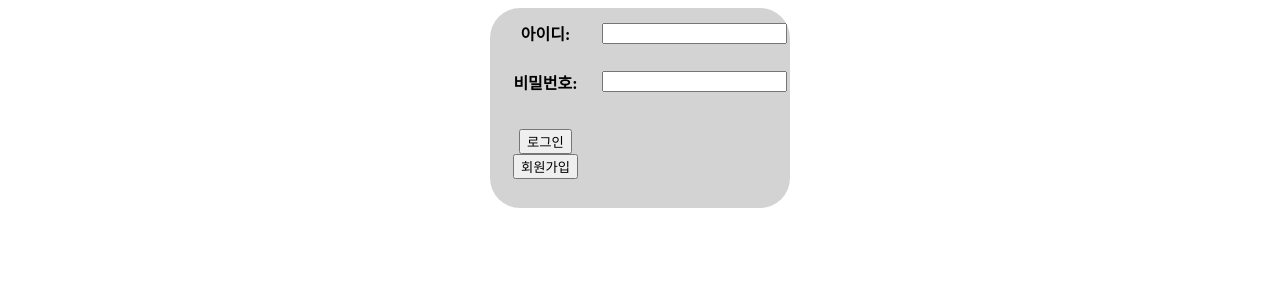
Repository: namubal78/practice-workspace
Page: http://localhost/Practice/
An editor plug-in stored every save of this project. The page is shown before and after the next save, followed by the edit.
The browser window is 1280 px wide. The pictures show the whole page.
The page is served by Tomcat 9. Nobody is signed in. The application's start-up code is not run. Other server files are loaded and not shown.

Above is the page before, as saved 2023-03-03 09:00:29.

### Practice/src/main/webapp/index.jsp
<%@ page language="java" contentType="text/html; charset=utf-8"
    pageEncoding="utf-8" import="com.gasystem.practice.member.model.vo.Member"%>
<%@ taglib prefix="c" uri="http://java.sun.com/jsp/jstl/core" %>
<%

	Member loginUser = (Member)session.getAttribute("loginUser");
	String alertMsg = (String)session.getAttribute("alertMsg");

%>
<!DOCTYPE html>
<html lang="en">
<head>
    <meta charset="UTF-8">
    <meta http-equiv="X-UA-Compatible" content="IE=edge">
    <meta name="viewport" content="width=device-width, initial-scale=1.0">
    <title>Document</title>
    <style>

        div{
            box-sizing: border-box;
            /* border: 1px solid black; */
        }

        #loginBox {
			background-color: lightgray;
			border-radius: 30px;
			width: 300px;
			height: 200px;
			margin: auto;
        }

		.loginTable {
			margin-left: auto;
			margin-right: auto;
			margin-top: auto;
			margin-bottom: auto;
			width: 300px;
			height: 200px;
		}

    </style>
    <script src="https://ajax.googleapis.com/ajax/libs/jquery/3.5.1/jquery.min.js"></script>
</head>
<body>

    <div id="loginBox">

		<% if(loginUser == null) { %>
	        <form action="login.me" method="post">

				<table class="loginTable">
	                <tr>
	                    <th>아이디: </th>
	                    <td><input type="text" name="memberId" required></td>
	                </tr>
	                <tr>
	                    <th>비밀번호: </th>
	                    <td><input type="password" name="memberPwd" required></td>
	                </tr>
	                <tr>
	                    <th>
	                        <button type="submit">로그인</button>
	                        <button onclick="location.href='joinForm.me'">회원가입</button>
	                    </th>
	                </tr>
	                <tr>
	                	<th colspan="2">
	                		<c:if test="${empty alertMsg}">
	                			<c:out value="" />
	                		</c:if>
	                		<c:if test="${not empty alertMsg}">
	                			<c:out value="${alertMsg }" />
	                		</c:if>
	                	</th>
	                </tr>
	            </table>


	        </form>
        <% } else { %>

        <div>
			<table class="loginTable">
        		<tr>
        			<th><p><%= alertMsg %></p></th>
        		</tr>
        		<tr>
        			<th><p><%= loginUser.getMemberName()%>님</p></th>
        		</tr>
        		<tr>
        			<th><a href="logout.me">로그아웃</a></th>
        		</tr>
        	</table>
        </div>

        <% } %>

    </div>

</body>
</html>

After the next save:
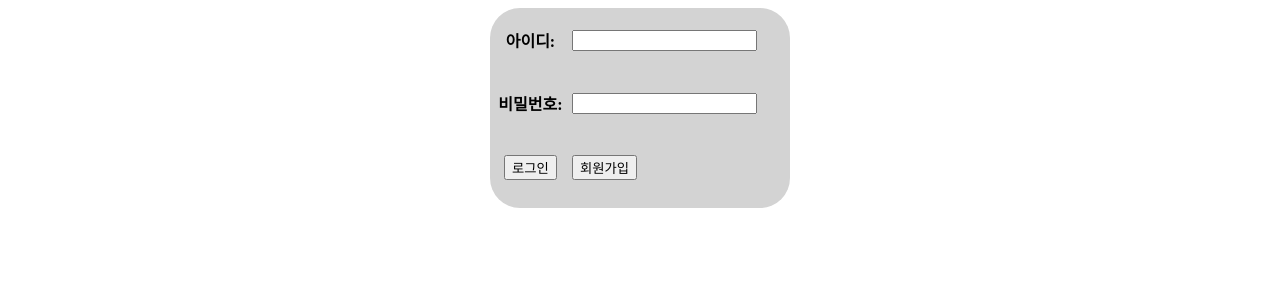
Saved 46 s later.
--- a/Practice/src/main/webapp/index.jsp
+++ b/Practice/src/main/webapp/index.jsp
@@ -58,10 +58,8 @@
 	                    <td><input type="password" name="memberPwd" required></td>
 	                </tr>
 	                <tr>
-	                    <th>
-	                        <button type="submit">로그인</button>
-	                        <button onclick="location.href='joinForm.me'">회원가입</button>
-	                    </th>
+	                    <th><button type="submit">로그인</button></th>
+	                    <td><button onclick="location.href='joinForm.me'">회원가입</button></td>
 	                </tr>
 	                <tr>
 	                	<th colspan="2">
